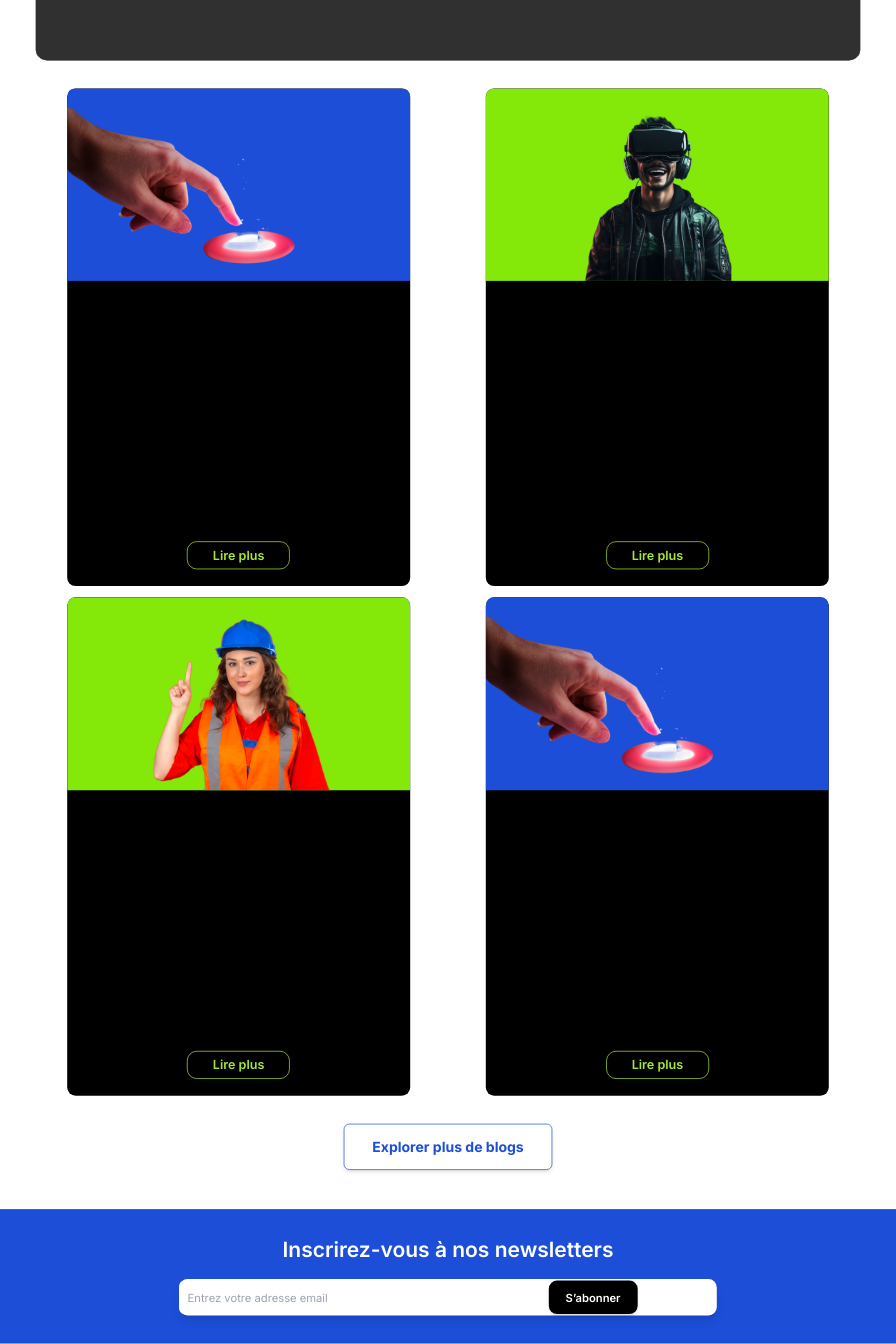
Repository: NassimeElkamari/test
Page: /blogs
The author's editor kept a copy of each file at every save. The page is drawn from the files as they stood at one save, then again after the next save.
The browser window is 1280 px wide. The pictures show the part of the page from y = 565 to 2485 px (the page is 2485 px tall), at 70% of full size.
Pictures or frames that could not be fetched are drawn as grey boxes. The project was rebuilt for these pictures with package versions that can differ from the ones it lists, and the page was loaded fresh each time. The framework's server and built-in components were replaced by stand-ins that run in the browser. Also part of the build but not shown: next.config.mjs.

Above is the page before, as saved 2024-06-12 16:25:54.

After the next save:
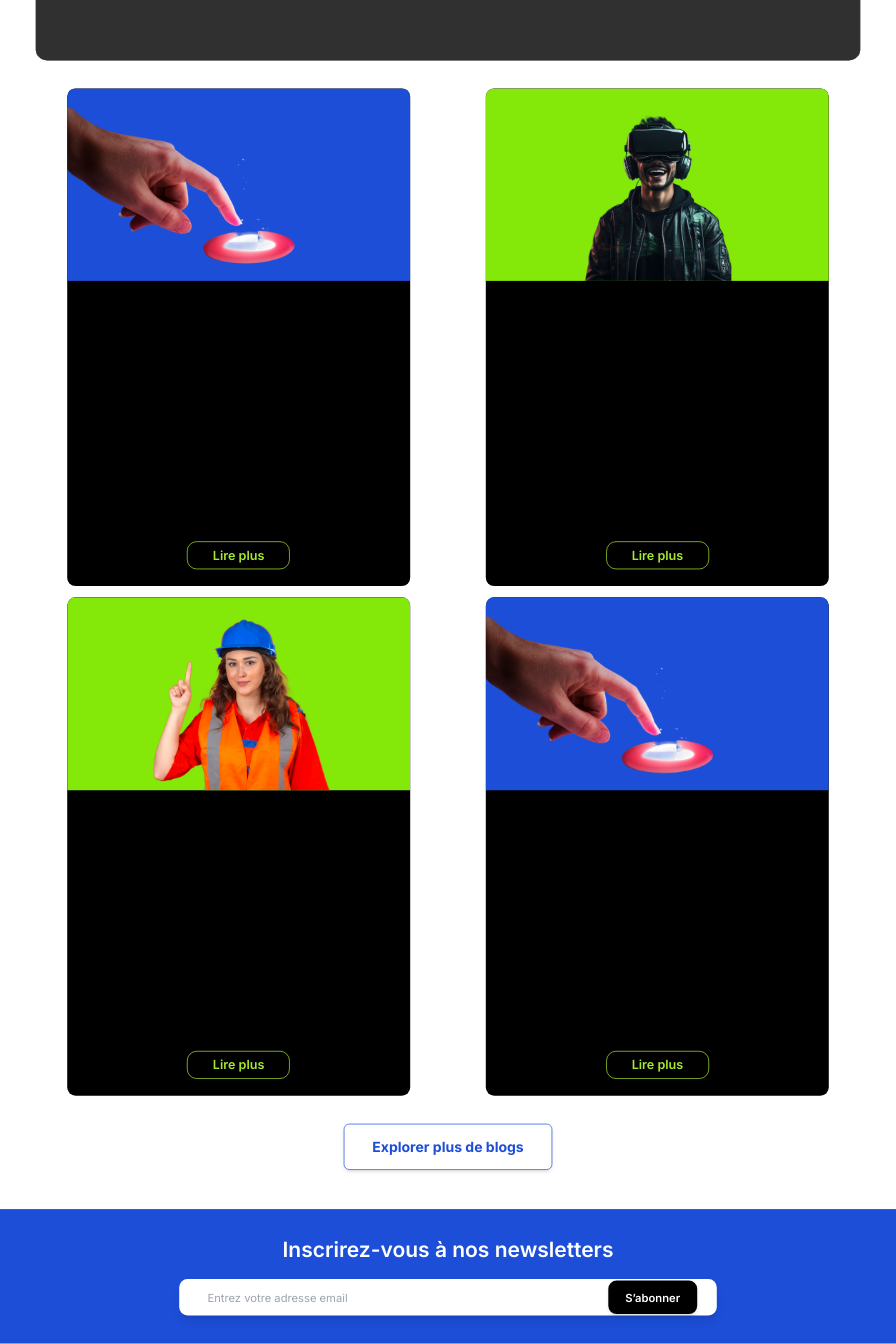
Saved 7 s later.
--- a/src/app/blogs/page.tsx
+++ b/src/app/blogs/page.tsx
@@ -68,7 +68,7 @@ const Blog = () => {
       </div>
       <div className="bg-[#1D4ED8] py-10 mt-10 flex flex-col items-center justify-center">
         <h2 className="text-3xl font-semibold text-white mb-4">Inscrirez-vous à nos newsletters</h2>
-        <div className="bg-white  py-[2px] rounded-xl shadow-lg flex flex-col items-center justify- sm:flex-row mt-2 w-full max-w-3xl">
+        <div className="bg-white  py-[2px] rounded-xl shadow-lg flex flex-col items-center justify-around sm:flex-row mt-2 w-full max-w-3xl">
           <input
             type="email"
             placeholder="Entrez votre adresse email"
